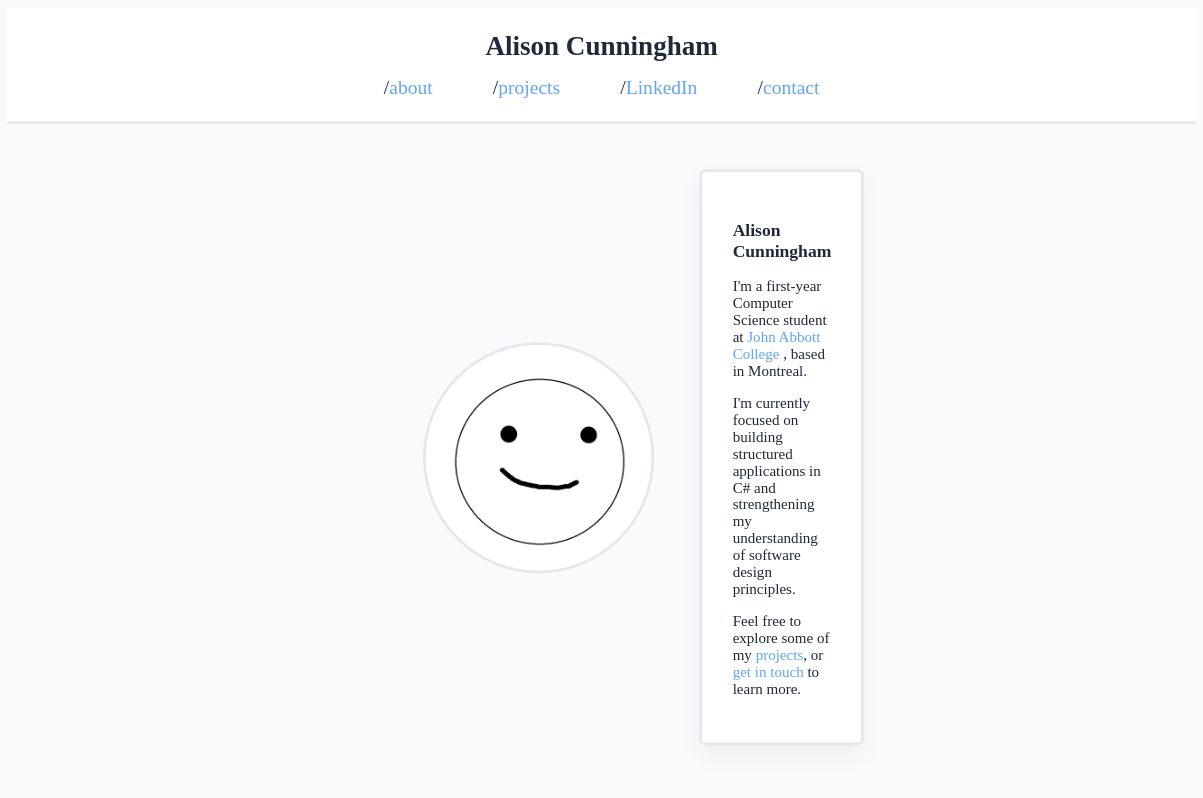
Repository: alison-cunningham/alison-cunningham
Page: index.html
The author's editor kept a copy of each file at every save. The page is drawn from the files as they stood at one save, then again after the next save.
The browser window is 1280 px wide. The pictures show the whole page, at 94% of full size.
Some web fonts or font styles are not loaded; a fallback is used.

Above is the page before, as saved 2026-04-22 14:12:48.

After the next save:
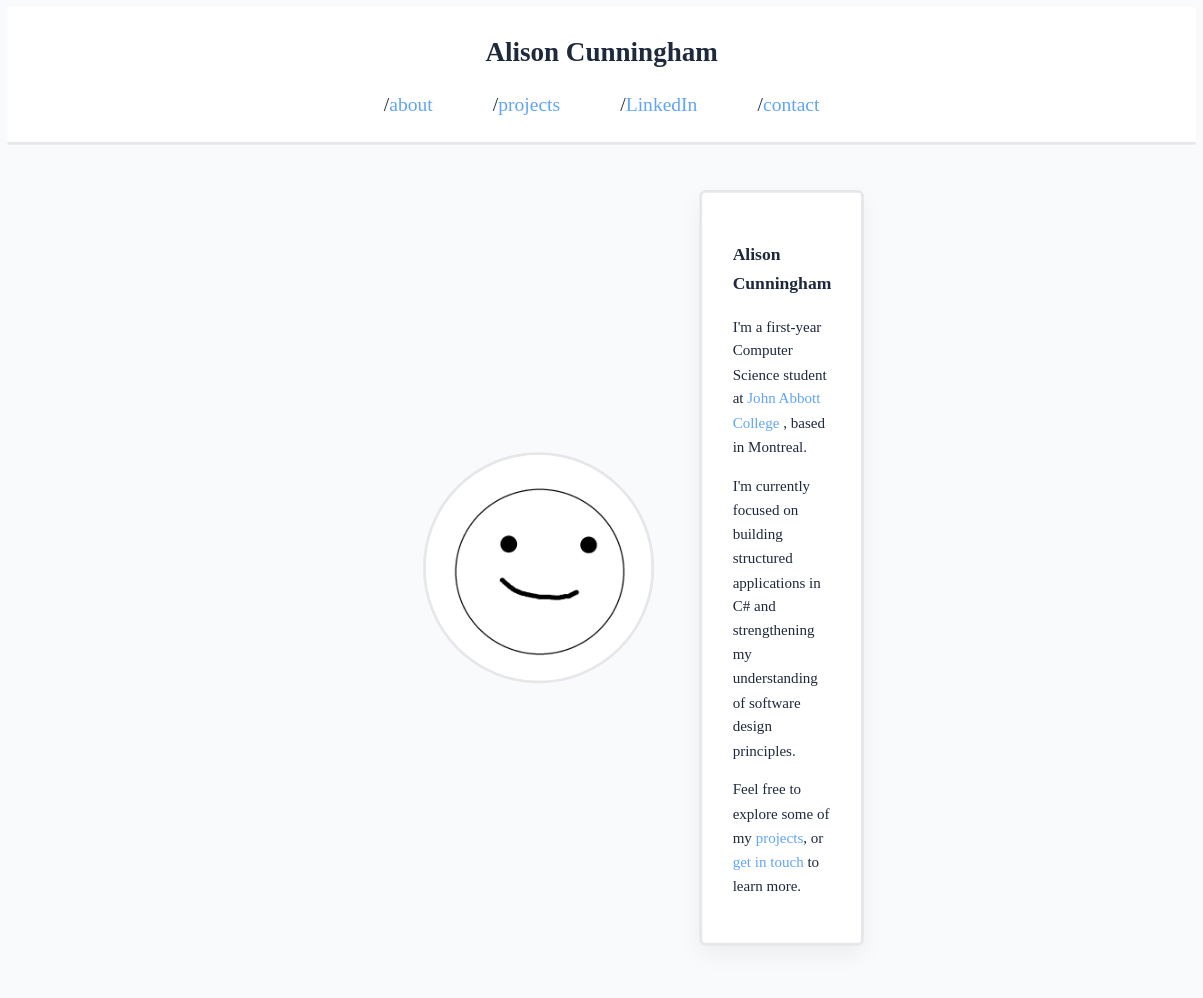
Saved 54 s later.
--- a/styles/globals.css
+++ b/styles/globals.css
@@ -13,6 +13,8 @@ body{
     background-color: #f8fafc;
     color: #1e293b;
 
+    line-height: 1.6;
+    font-size: 1rem;
 }
 
 a{
